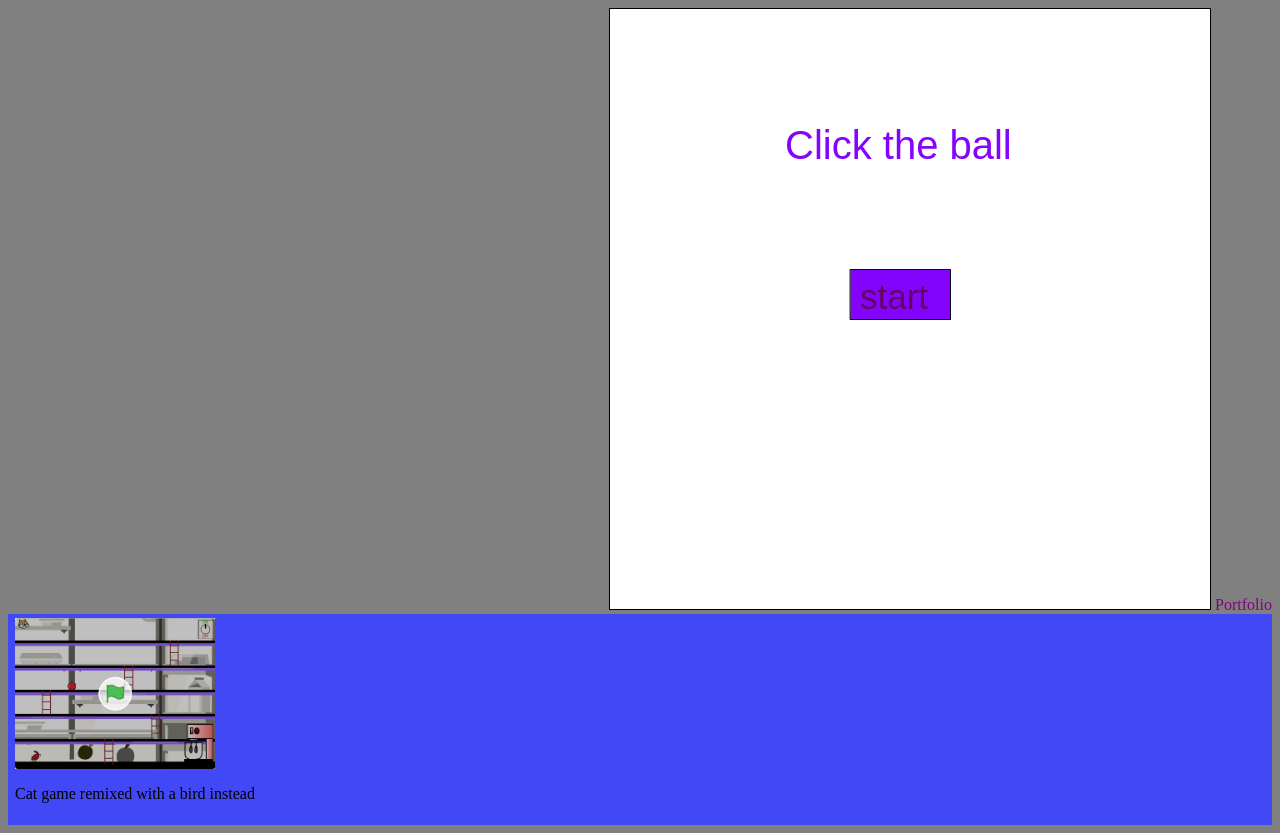
Repository: AnthonyMej/AnthonyMej
Page: portfolio.html
The author's editor kept a record of every edit. The page is drawn from the files as they stood at one moment, then again after the next edit.
The browser window is 1280 px wide. The pictures show the whole page.

Above is the page before.

After the next edit:
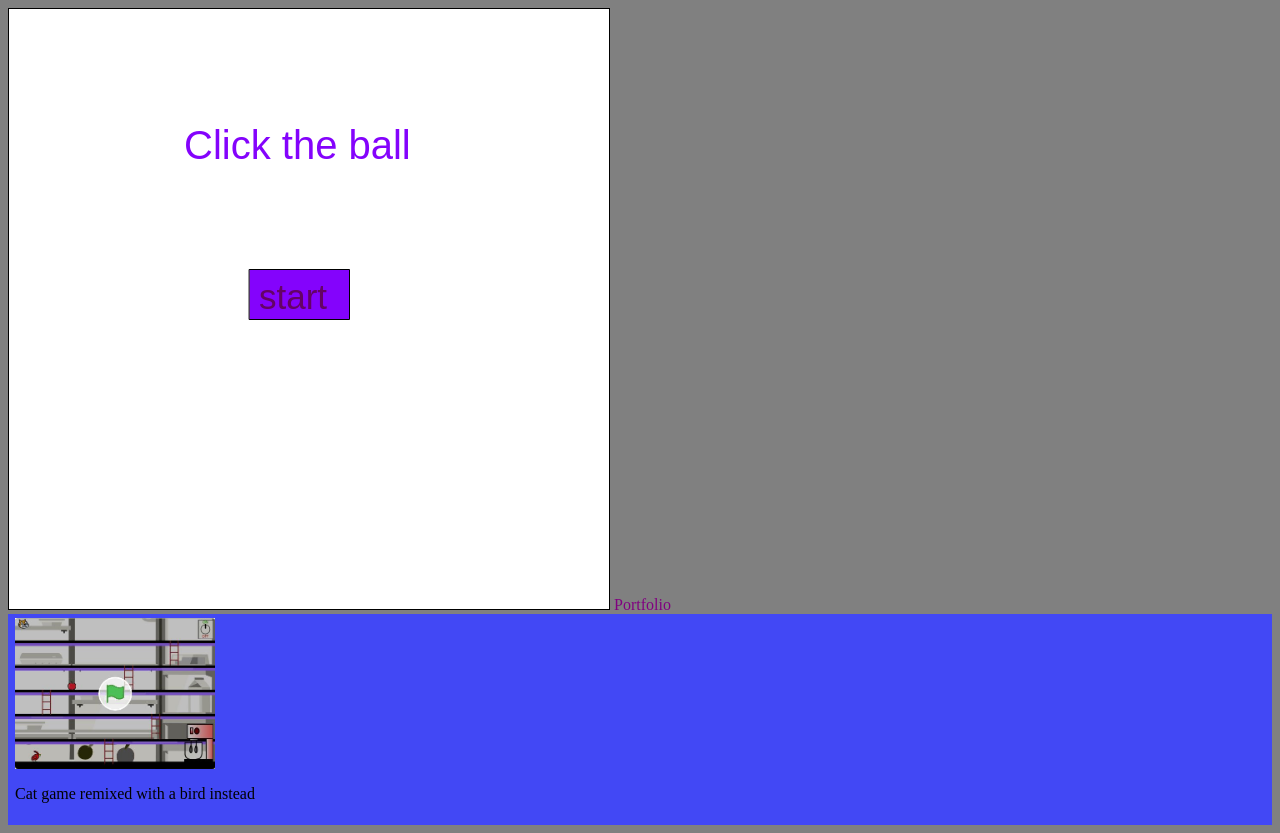
The edit:
--- a/portfolio.html
+++ b/portfolio.html
@@ -26,7 +26,7 @@
 }
 </style>
     </head>
-    <body align=right>
+    <body>
       <script type="text/processing">
 //Put your Processing Code here!
       //Variable setup
